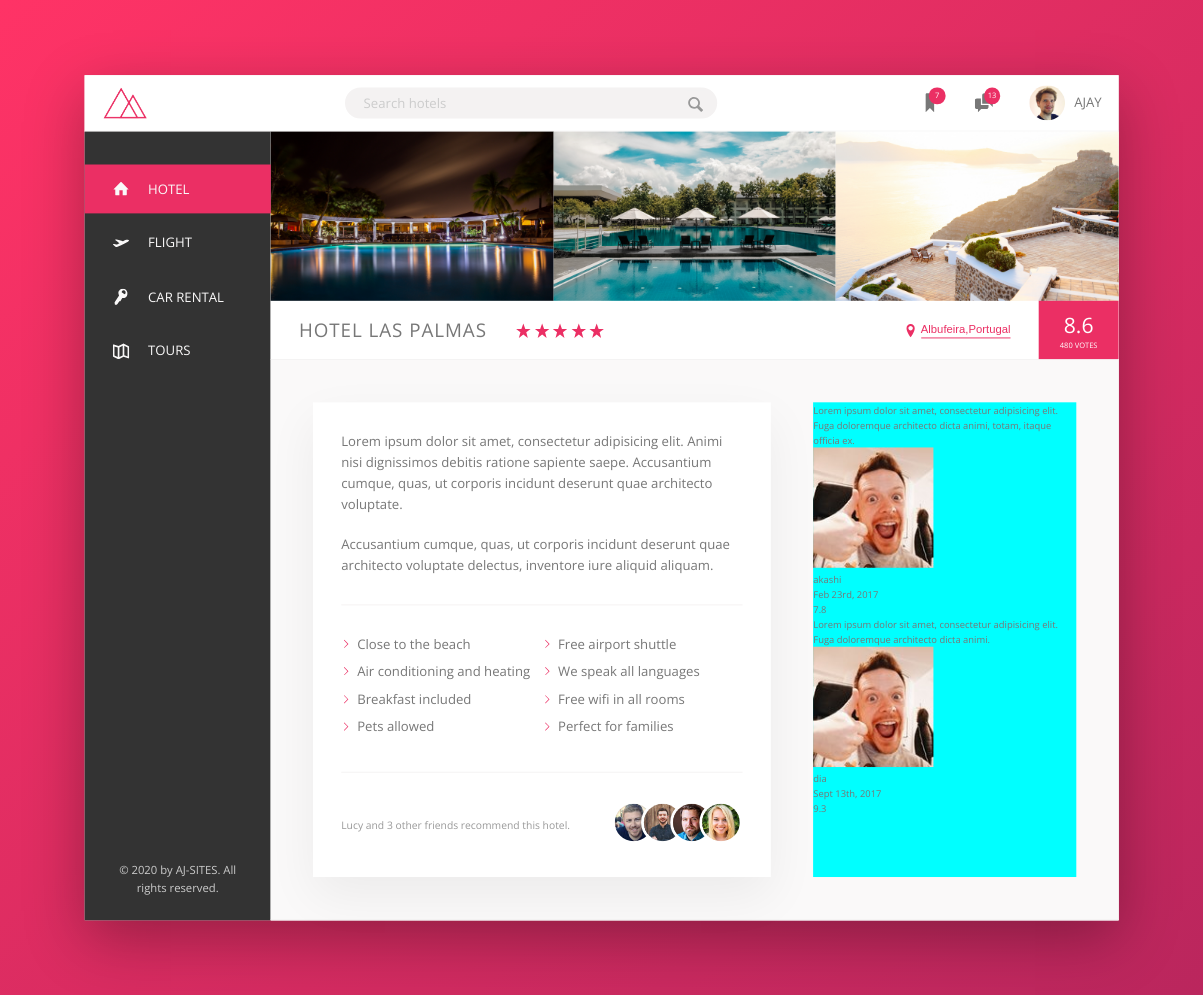
Repository: ajayaj2001/modern-Hotel
Page: /
The author's editor kept a copy of each file at every save. The page is drawn from the files as they stood at one save, then again after the next save.
The browser window is 1280 px wide. The pictures show the whole page, at 94% of full size.
The project was rebuilt for these pictures with package versions that can differ from the ones it lists, and the page was loaded fresh each time. Also part of the build but not shown: src/hotel-view/detail/review/Review.scss.

Above is the page before, as saved 2020-12-13 23:49:53.

After the next save:
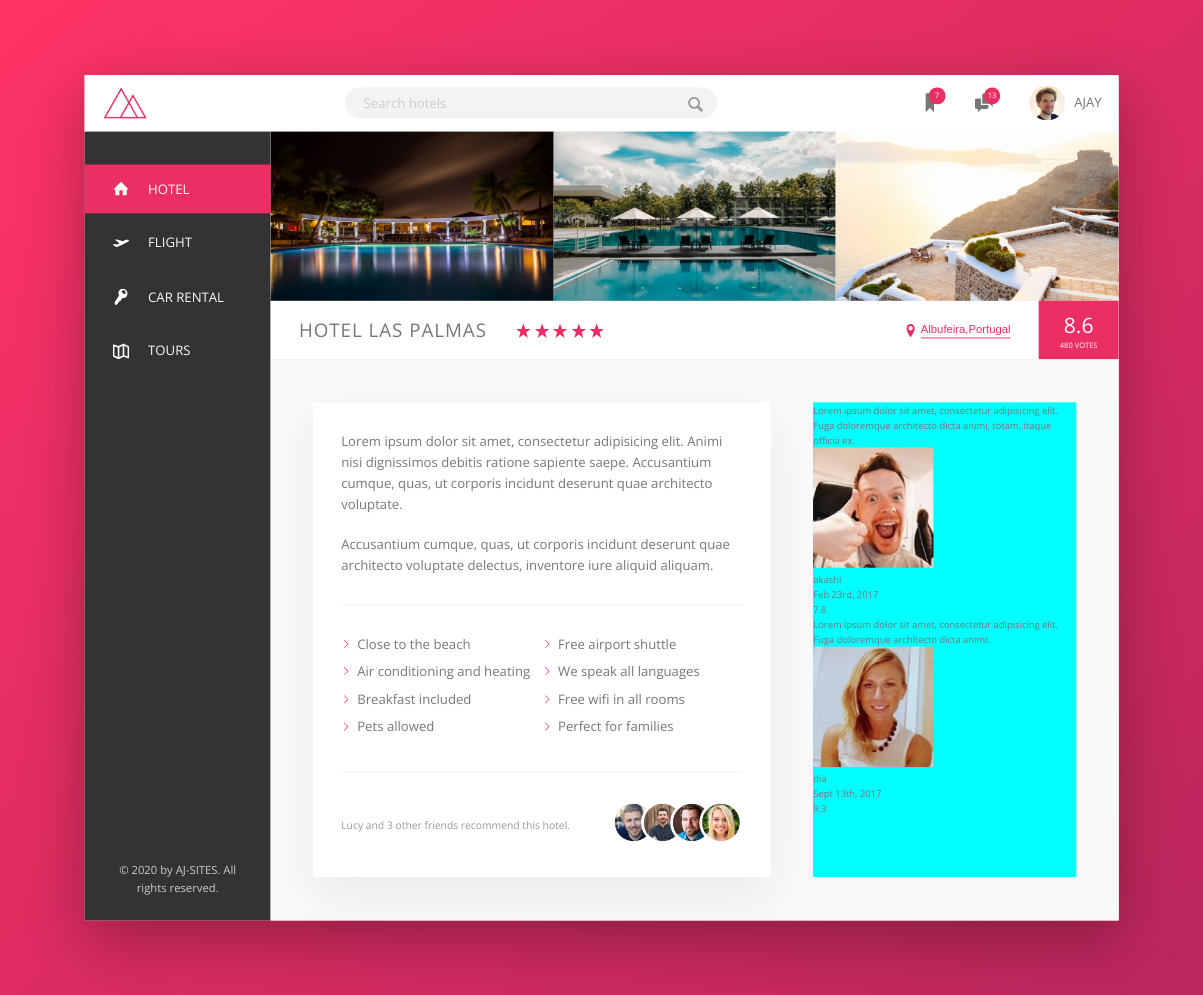
Saved 17 s later.
--- a/src/hotel-view/detail/Detail.js
+++ b/src/hotel-view/detail/Detail.js
@@ -57,7 +57,7 @@ const Detail = () => {
                      adipisicing elit. Fuga doloremque architecto
                       dicta animi."
                     date="Sept 13th, 2017"
-                    image={rev1}
+                    image={rev2}
                     rating="9.3"
                 />
             </figure>
